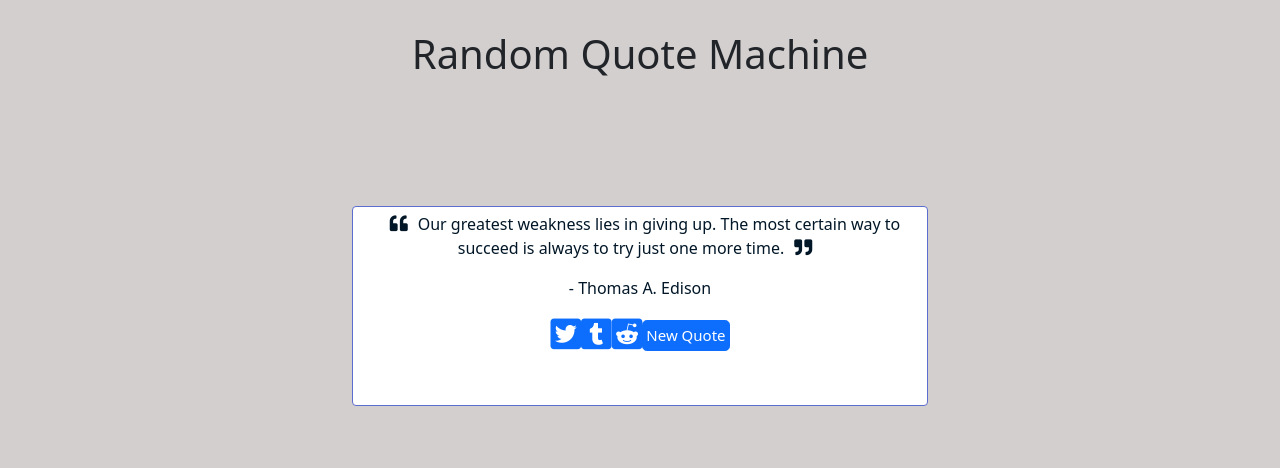
Repository: LuismGil/Random-quote-machine
Page: /
These files come from the project's save history. The page is drawn as it stood at one moment and after the next save; the edit follows.
The browser window is 1280 px wide. The pictures show the whole page.
The project was rebuilt for these pictures with package versions that can differ from the ones it lists, and the page was loaded fresh each time.

Above is the page before, as saved 2021-01-27 10:41:44.

After the next save:
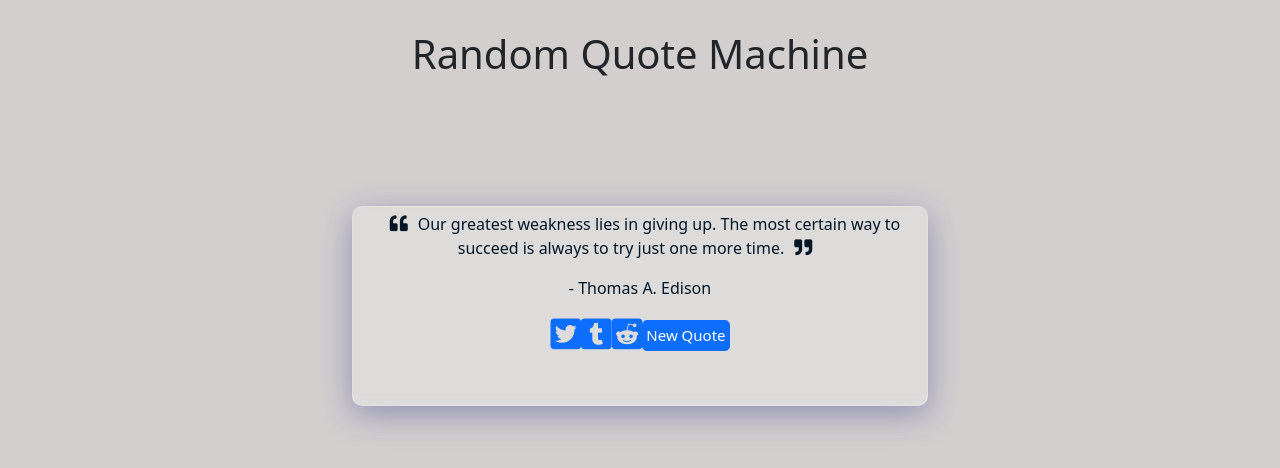
Saved 80 s later.
--- a/src/index.css
+++ b/src/index.css
@@ -19,6 +19,12 @@ h1 {
   padding: 5px;
   text-align: center;
   width: 45%;
+  background: rgba(255, 255, 255, 0.25);
+  box-shadow: 0 8px 32px 0 rgba(31, 38, 135, 0.37);
+  backdrop-filter: blur(4px);
+  -webkit-backdrop-filter: blur(4px);
+  border-radius: 10px;
+  border: 1px solid rgba(255, 255, 255, 0.18);
 }
 
 i {
